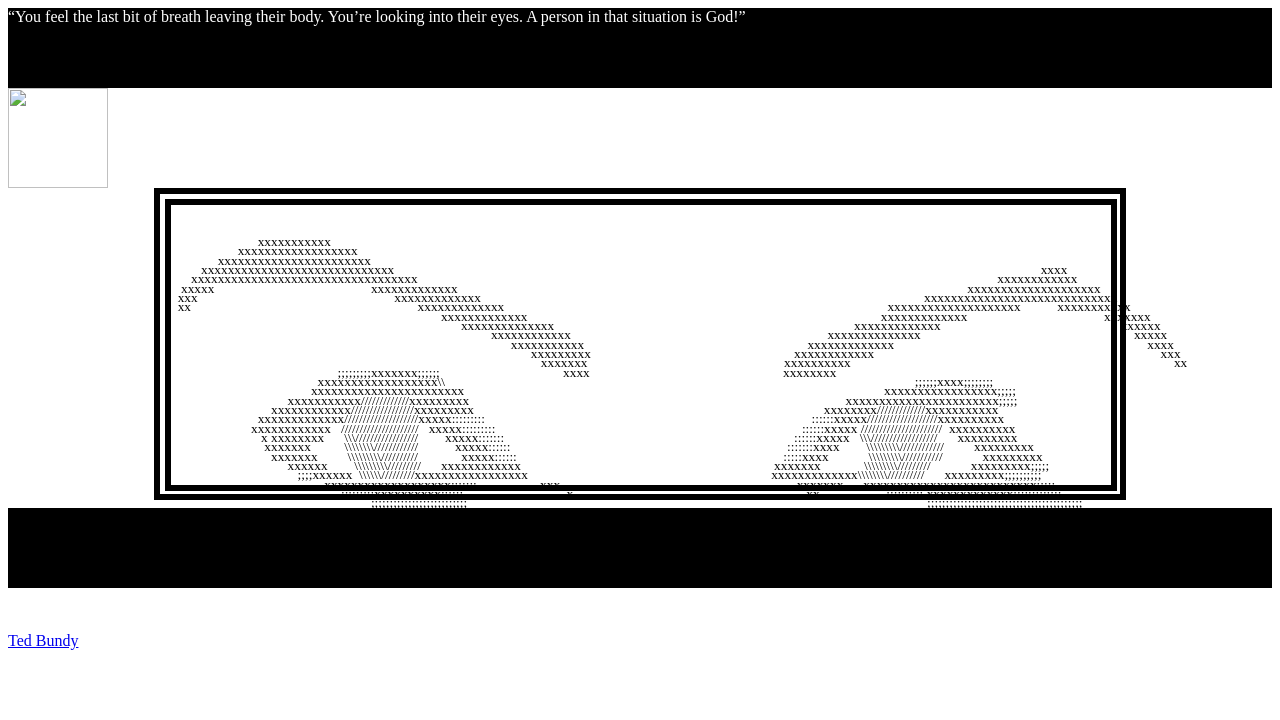
Repository: ConnyPinto/connypinto.github.io
Page: composition.html
The author's editor kept a record of every edit. The page is drawn from the files as they stood at one moment, then again after the next edit.
The browser window is 1280 px wide. The pictures show the whole page.

Above is the page before.
Not found: tedbundy.gif

### composition.html
<html>

    <head>

        <style></style>

    </head>

  <div style="height:80px;border:none;color:#fff;background-color:#000;">“You feel the last bit of breath leaving their body. You’re looking into their eyes. A person in that situation is God!”</div>

  <img src="tedbundy.gif" style="height: 100px; display: inline-block"/>

 <div style="width: 960px;height:300px;border:6px solid #000;margin-left: auto;margin-right: auto;">
     <div style="width:940px;height:280px;border:6px solid #000; margin: 5px;">

         <pre style="font-size: 10pt; font-family: Myriad Pro; line-height: 7pt" >


                          xxxxxxxxxxx
                    xxxxxxxxxxxxxxxxxx
              xxxxxxxxxxxxxxxxxxxxxxx
         xxxxxxxxxxxxxxxxxxxxxxxxxxxxx                                                                                                                                                                                                  xxxx
      xxxxxxxxxxxxxxxxxxxxxxxxxxxxxxxxxx                                                                                                                                                                              xxxxxxxxxxxx
   xxxxx                                               xxxxxxxxxxxxx                                                                                                                                                         xxxxxxxxxxxxxxxxxxxx
  xxx                                                           xxxxxxxxxxxxx                                                                                                                                     xxxxxxxxxxxxxxxxxxxxxxxxxxxxx
  xx                                                                    xxxxxxxxxxxxx                                                                                                                   xxxxxxxxxxxxxxxxxxxx           xxxxxxxxxxx
                                                                                 xxxxxxxxxxxxx                                                                                                          xxxxxxxxxxxxx                                         xxxxxxx
                                                                                       xxxxxxxxxxxxxx                                                                                          xxxxxxxxxxxxx                                                      xxxxxx
                                                                                                xxxxxxxxxxxx                                                                             xxxxxxxxxxxxxx                                                                xxxxx
                                                                                                      xxxxxxxxxxx                                                                   xxxxxxxxxxxxx                                                                            xxxx
                                                                                                            xxxxxxxxx                                                             xxxxxxxxxxxx                                                                                      xxx
                                                                                                               xxxxxxx                                                           xxxxxxxxxx                                                                                                 xx
                                                  ;;;;;;;;;xxxxxxx;;;;;;                                     xxxx                                                          xxxxxxxx
                                            xxxxxxxxxxxxxxxxxx\\                                                                                                                                             ;;;;;;xxxx;;;;;;;;
                                          xxxxxxxxxxxxxxxxxxxxxxx                                                                                                                              xxxxxxxxxxxxxxxxx;;;;;
                                   xxxxxxxxxxx/////////////xxxxxxxxx                                                                                                                 xxxxxxxxxxxxxxxxxxxxxxx;;;;;
                              xxxxxxxxxxxx/////////////////xxxxxxxxx                                                                                                         xxxxxxxx/////////////xxxxxxxxxxx
                          xxxxxxxxxxxxx////////////////////xxxxx:::::::::                                                                                                  ::::::xxxxx///////////////////xxxxxxxxxx
                        xxxxxxxxxxxx   /////////////////////   xxxxx:::::::::                                                                                            ::::::xxxxx //////////////////////  xxxxxxxxxx
                           x xxxxxxxx      \\\/////////////////        xxxxx:::::::                                                                                       ::::::xxxxx   \\\//////////////////      xxxxxxxxx
                            xxxxxxx          \\\\\\\\////////////           xxxxx::::::                                                                                   :::::::xxxx        \\\\\\\\\////////////         xxxxxxxxx
                              xxxxxxx         \\\\\\\\\//////////             xxxxx::::::                                                                                :::::xxxx            \\\\\\\\\///////////            xxxxxxxxx
                                   xxxxxx        \\\\\\\\\/////////      xxxxxxxxxxxx                                                                            xxxxxxx             \\\\\\\\\/////////            xxxxxxxxx;;;;;
                                      ;;;;xxxxxx  \\\\\\/////////xxxxxxxxxxxxxxxxx                                                                         xxxxxxxxxxxxx\\\\\\\\//////////      xxxxxxxxx;;;;;;;;;;
                                              xxxxxxxxxxxxxxxxxxx;;;;;;;                   xxx                                                                       xxxxxxx      xxxxxxxxxxxxxxxxxxxxxxxxxx;;;;;
                                                   ;;;;;;;;;xxxxxxxxxx;;;;;;                               x                                                                      xx                    ;;;;;;;;;; xxxxxxxxxxxxx;;;;;;;;;;;;;
                                                            ;;;;;;;;;;;;;;;;;;;;;;;;;;                                                                                                                                          ;;;;;;;;;;;;;;;;;;;;;;;;;;;;;;;;;;;;;;;;;;



         </pre>

     </div>

 </div>






<hr style="height:80px;border:none;color:#333;background-color:#000;"/>

  </br>
  </br>


    <a href="http://en.wikipedia.org/wiki/Ted_Bundy">Ted Bundy</a>



    </html>

After the next edit:
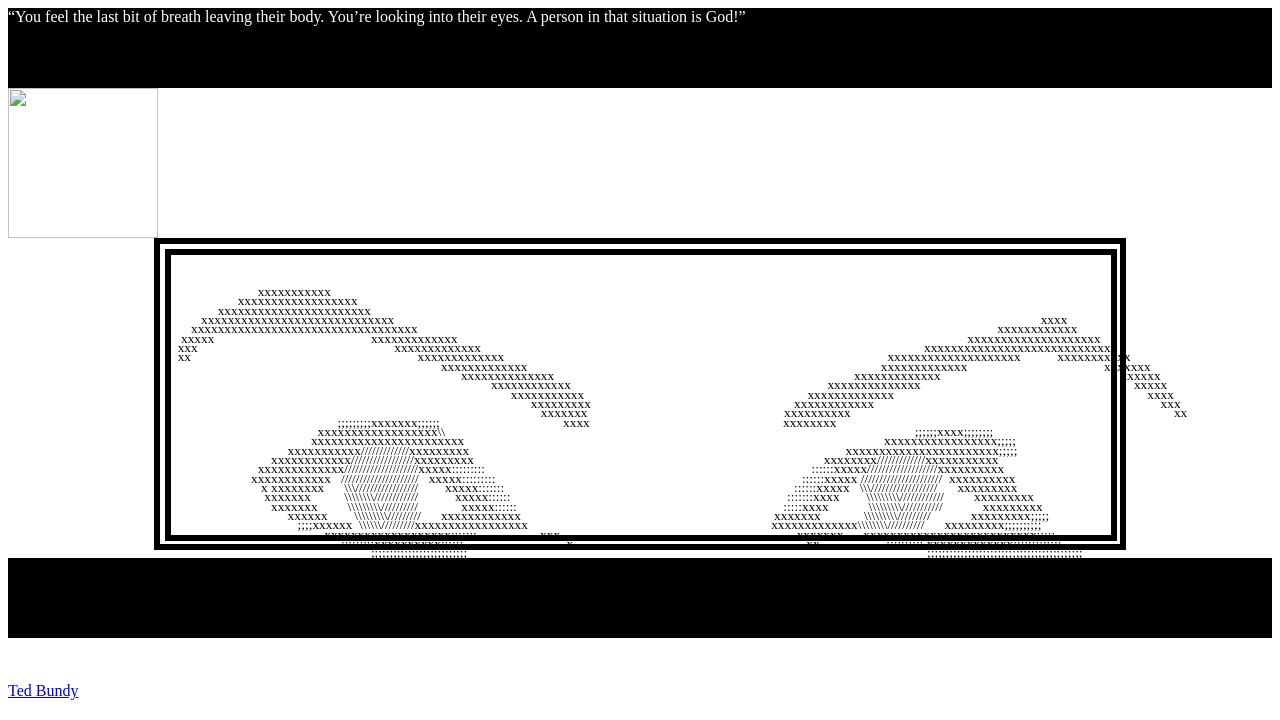
The edit:
--- a/composition.html
+++ b/composition.html
@@ -8,7 +8,7 @@
 
   <div style="height:80px;border:none;color:#fff;background-color:#000;">“You feel the last bit of breath leaving their body. You’re looking into their eyes. A person in that situation is God!”</div>
 
-  <img src="tedbundy.gif" style="height: 100px; display: inline-block"/>
+  <img src="tedbundy.gif" style="height: 150px; display: inline-block"/>
 
  <div style="width: 960px;height:300px;border:6px solid #000;margin-left: auto;margin-right: auto;">
      <div style="width:940px;height:280px;border:6px solid #000; margin: 5px;">
